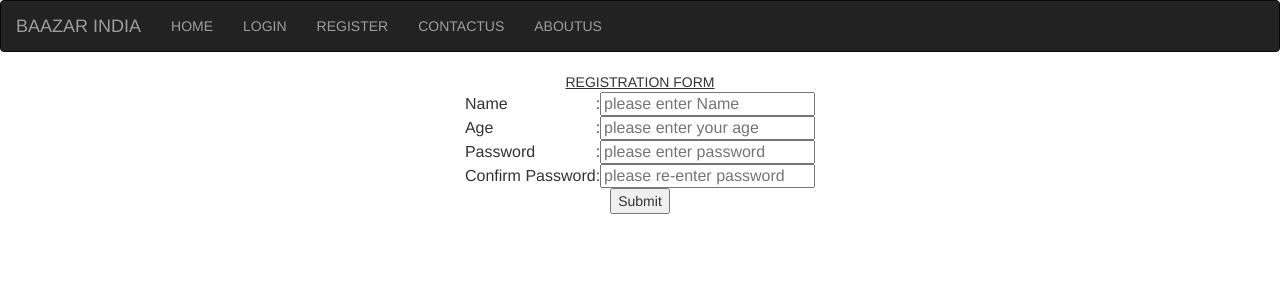
Repository: Apoorva126/Project
Page: http://localhost/FrontEndBaazarIndia/WEB-INF/views/Register.jsp
An editor plug-in stored every save of this project. The page is shown before and after the next save, followed by the edit.
The browser window is 1280 px wide. The pictures show the whole page.
Some web libraries are served in a nearby version. The page is served by Tomcat 9. Nobody is signed in. The template is opened directly, without the code that normally fills it, so the values that code supplies are empty.

Above is the page before, as saved 2019-02-06 14:37:45.
Console error (its wording comes from the project's code and is left out).

After the next save:
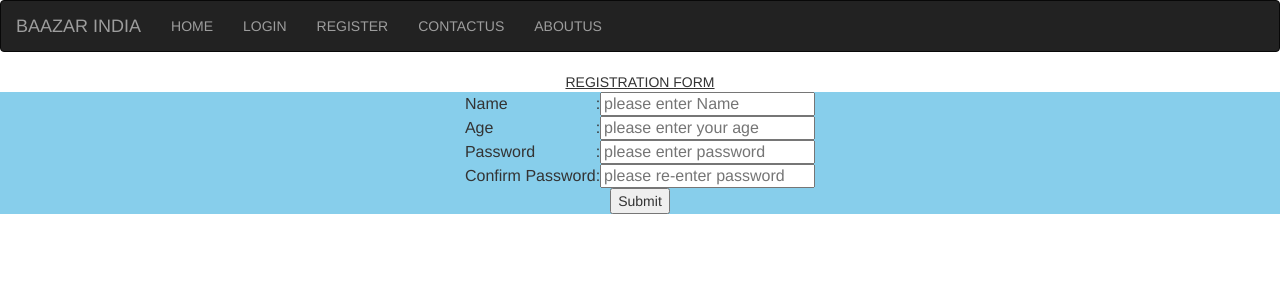
Saved 41 s later.
--- a/FrontEndBaazarIndia/src/main/webapp/WEB-INF/views/Register.jsp
+++ b/FrontEndBaazarIndia/src/main/webapp/WEB-INF/views/Register.jsp
@@ -8,7 +8,7 @@
 </head>
 <body>
 <center><u>REGISTRATION FORM</u>
-<form>
+<form style="background-color: skyblue;">
 <table>
 <tr><td>Name </td> <td>:<input type="text" placeholder="please enter Name"/></td></tr>
 <tr><td>Age </td> <td>:<input type="number" placeholder="please enter your age"/></td></tr>
